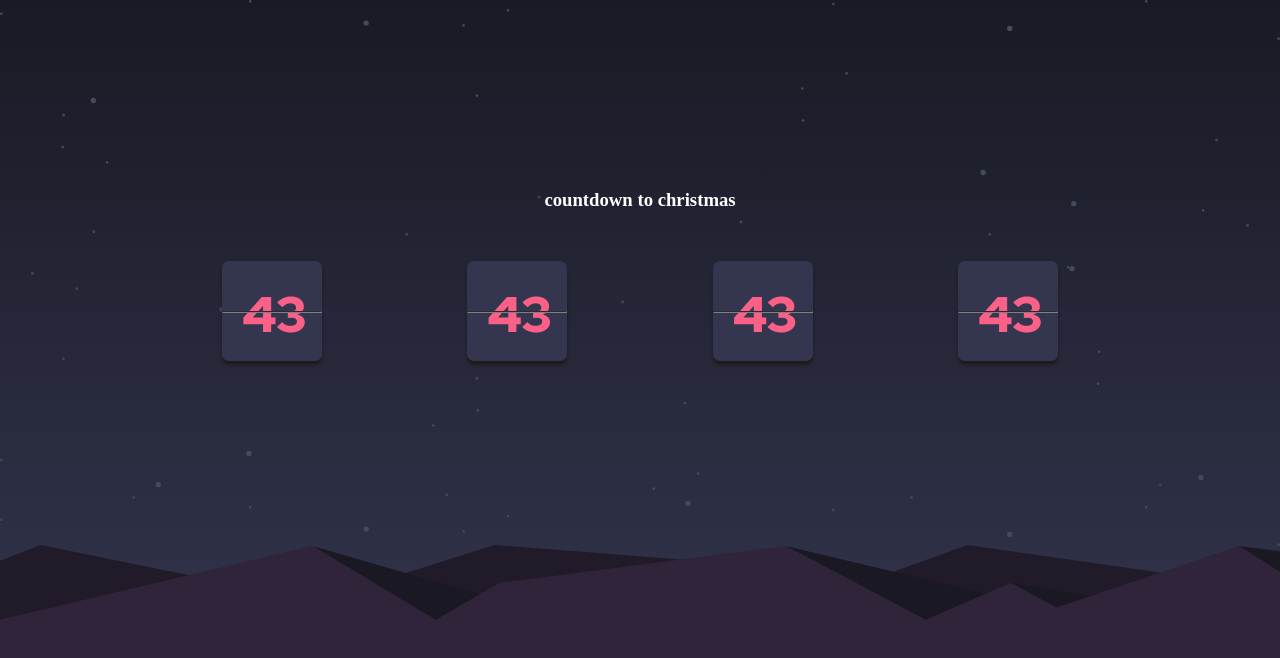
Repository: Eugene44-hub/countdown
Page: index.html
An editor plug-in stored every save of this project. The page is shown before and after the next save, followed by the edit.
The browser window is 1280 px wide. The pictures show the whole page.

Above is the page before, as saved 2021-09-12 03:28:27.

### index.html
<!DOCTYPE html>
<html lang="en">

<head>
    <meta charset="UTF-8">
    <meta http-equiv="X-UA-Compatible" content="IE=edge">
    <meta name="viewport" content="width=device-width, initial-scale=1.0">
    <title>Document</title>
    <link rel="stylesheet" href="style.css">
</head>

<body>
    <div class="container">


        <div class="timer ">
            <h3 class="col10">countdown to christmas</h3>
            <div class="card">
                <p>43</p>
                <hr> </div>
            <div class="card">
                <p>43</p>
                <hr>
            </div>
            <div class="card">
                <p>43</p>
                <hr>
            </div>
            <div class="card">
                <p>43</p>
                <hr>
            </div>

        </div>

    </div>
    <script src="app.js"></script>

</body>

</html>

</html>

### style.css
@import url('https://fonts.googleapis.com/css2?family=Red+Hat+Text:wght@700&display=swap');
* {
    padding: 0;
    margin: 0;
    box-sizing: border-box;
}

body {
    /* background-color: hsl(235, 16%, 14%); */
    /* background-color: hsl(234, 17%, 12%); */
    background-image: url('images/pattern-hills.svg'), url('images/bg-stars.svg'), linear-gradient( hsl(235, 18%, 12%), hsl(236, 21%, 26%));
    background-position: bottom, top;
    background-repeat: no-repeat, repeat;
    background-size: contain;
    background-attachment: fixed;
}

.container {
    display: flex;
    width: 100%;
    height: 500px;
    flex-wrap: wrap;
    text-align: center;
}

.col10 {
    flex: 100%;
    margin: auto;
}

h3 {
    color: white;
    padding: 50px;
}

.timer {
    margin: auto;
    display: flex;
    flex-wrap: wrap;
    justify-content: space-between;
    padding: 30px;
    width: 70%;
}

.card {
    background-color: hsl(236, 21%, 26%);
    padding: 20px;
    width: 100px;
    height: 100px;
    position: relative;
    overflow: hidden;
    box-shadow: 0px 4px 3px rgb(29, 27, 27);
    border-radius: 7px;
    display: flex;
}

p {
    margin: auto;
    font-size: 50px;
    font-family: 'Red Hat Text';
    color: hsl(345, 95%, 68%);
}

hr {
    position: absolute;
    width: 100%;
    top: 50%;
    left: 0%;
    border-color: grey;
}


/* timer color  hsl(345, 95%, 68%)
timer card color hsl(237, 18%, 59%)
* /

### app.js
const proposed = new Date('2021-12-25');
const current = new Date();

const proArr = [proposed.getHours(), proposed.getMinutes(), proposed.getSeconds(), proposed.getDay(), proposed.getMonth()]
console.log('proposed days:' + (((proArr.at(-1) * 31) - 7) + proposed.getDate()));
console.log('current days:' + (((current.getMonth() * 31) - 5) + current.getDate()));

console.log((((proArr.at(-1) * 31) - 7) + proposed.getDate()) - (((current.getMonth() * 31) - 5) + current.getDate()) + 'days to christmas');

console.log('hours:' + (24 - current.getHours()));
console.log('minutes:' + (60 - current.getMinutes()));
console.log('hours:' + (60 - current.getSeconds()));

// let cal = proposed. - current;
// console.log(proposed);
// console.log(current.getDate());
// console.log(proArr.at(-1) + 1);
// let another = new Date(cal);
// console.log(another)
//359-253 propsed day - current day(mth*31-7) for september minus 6

After the next save:
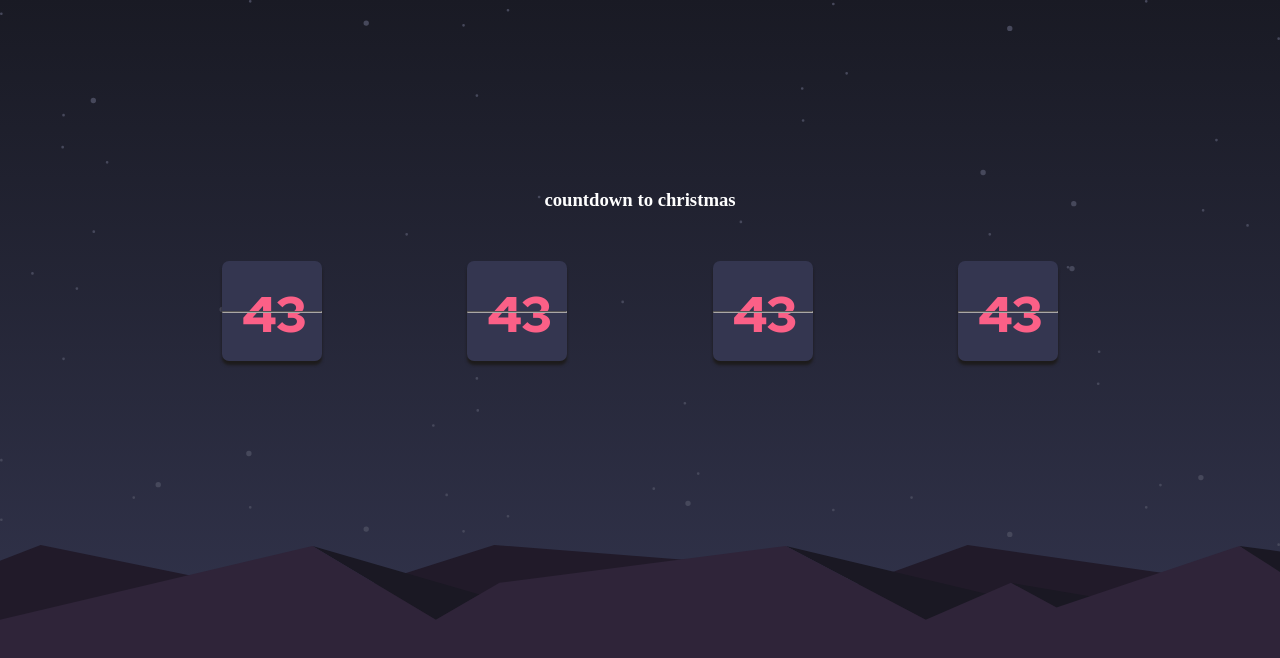
Saved 15 s later.
--- a/style.css
+++ b/style.css
@@ -66,7 +66,7 @@
     width: 100%;
     top: 50%;
     left: 0%;
-    border-color: grey;
+    border-color: rgb(170, 167, 167);
 }
 
 

After the save that followed:
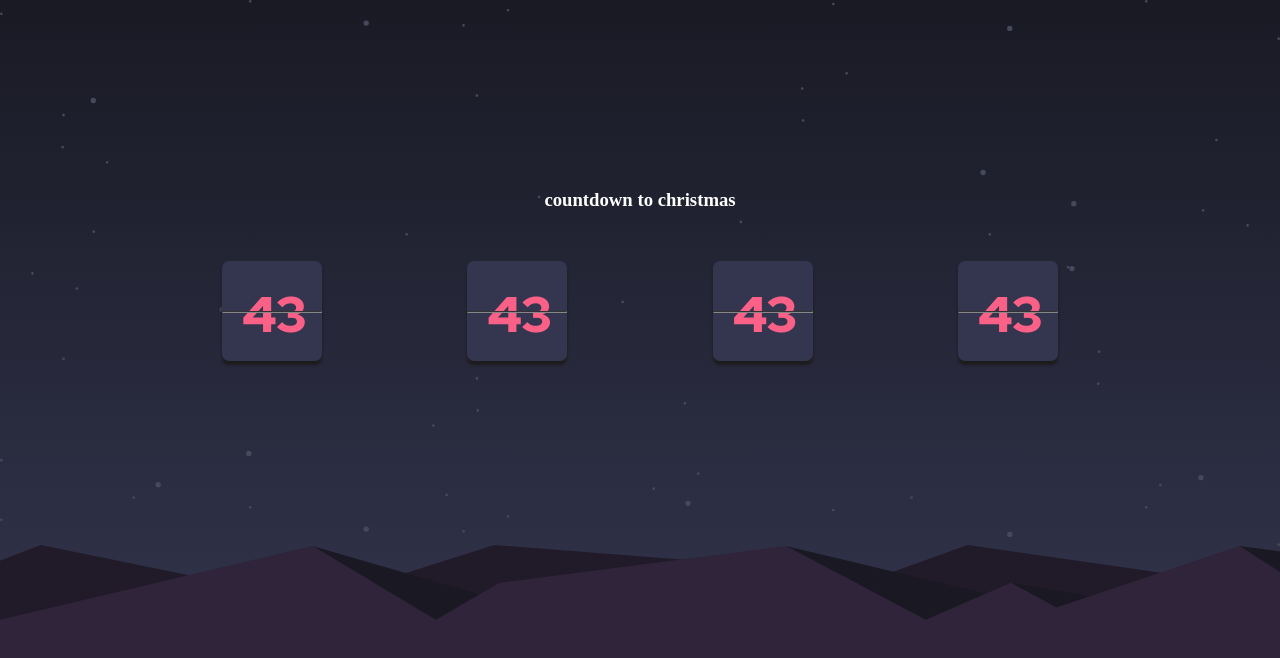
Saved 12 s later.
--- a/style.css
+++ b/style.css
@@ -66,7 +66,7 @@
     width: 100%;
     top: 50%;
     left: 0%;
-    border-color: rgb(170, 167, 167);
+    border-color: rgb(136, 135, 135);
 }
 
 
